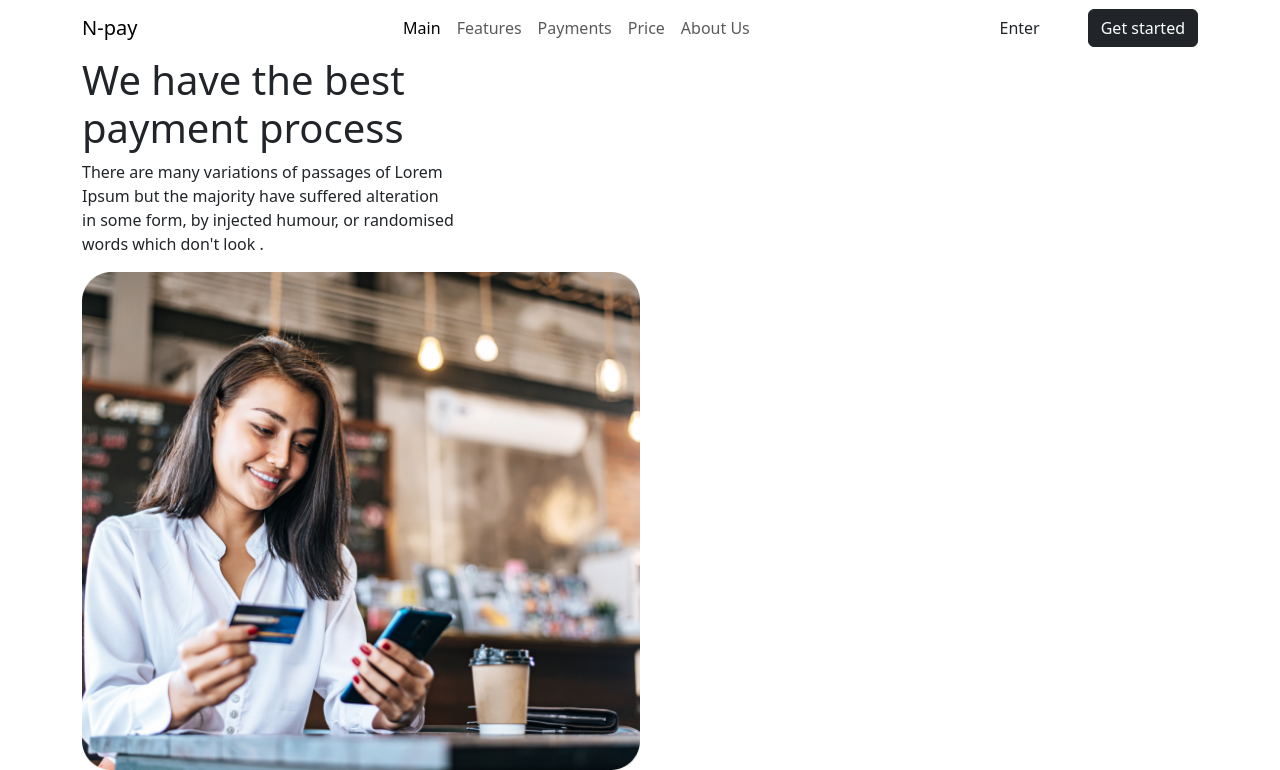
Repository: Senianga/N-pay
Page: index.html
These files come from the project's save history. The page is drawn as it stood at one moment and after the next save; the edit follows.
The browser window is 1280 px wide. The pictures show the whole page.
The style sheet was rebuilt from its Sass, Less or Tailwind sources for each picture, by a compiler version that may differ from the author's.

Above is the page before, as saved 2023-05-01 15:06:06.

### index.html
<!doctype html>
<html lang="en">
  <head>
    <meta charset="utf-8">
    <meta name="viewport" content="width=device-width, initial-scale=1">
    <title>N-pay</title>
    <link rel="stylesheet" href="css/normalize.css">
    <link href="https://cdn.jsdelivr.net/npm/bootstrap@5.3.0-alpha3/dist/css/bootstrap.min.css" rel="stylesheet" integrity="sha384-KK94CHFLLe+nY2dmCWGMq91rCGa5gtU4mk92HdvYe+M/SXH301p5ILy+dN9+nJOZ" crossorigin="anonymous">
    <link rel="stylesheet" href="css/style.css">
  </head>
  <body>
    <header>
        <nav class="navbar navbar-expand-lg ">
            <div class="container">
              <a class="navbar-brand" href="#">N-pay</a>
              <button class="navbar-toggler" type="button" data-bs-toggle="collapse" data-bs-target="#navbarSupportedContent" aria-controls="navbarSupportedContent" aria-expanded="false" aria-label="Переключатель навигации">
                <span class="navbar-toggler-icon"></span>
              </button>
              <div class="collapse navbar-collapse" id="navbarSupportedContent">
                <ul class="navbar-nav ms-auto mb-2 mb-lg-0">
                  <li class="nav-item">
                      <a class="nav-link active" aria-current="page" href="#">Main</a>
                  </li>
                  <li class="nav-item">
                    <a class="nav-link"  href="#">Features</a>
                  </li>
                  <li class="nav-item">
                    <a class="nav-link" href="#">Payments</a>
                  </li>
                  <li class="nav-item dropdown">
                    <a class="nav-link" href="#" role="button" data-bs-toggle="dropdown" aria-expanded="false">
                      Price
                    </a>

                  </li>                 <li class="nav-item">
                    <a class="nav-link">About Us</a>
                  </li>
                </ul>
                <div class="bavbar-nav d-flex align-items-lg-center ms-auto mb-2 mb-lg-0">
                    <a class="nav-link me-5" href="#">Enter</a>
                    <button class="btn btn-dark ms-auto" type="submit">Get started</button>
                </div>
              </div>
            </div>
          </nav>
    </header>
    <main>
        <container-main class="bg-body-tertiary ">
            <div class="container">
                <div class="row">
                    <div class="content col-mg-6 col-sm-12">
                        <h1 class="col-5 align-items-center">
                            We have the best
                            payment process
                        </h1>
                        <p class="col-4">
                            There are many variations of passages of Lorem Ipsum
                            but the majority have suffered alteration in some form, by injected humour, or randomised words which don't look .
                        </p>
                    </div>
                    <div class="img ">
                        <img src="img/image.png" alt="Main picture" class="img-fluid col-md-6 col-sm-12 rounded float-start me-1">
                    </div>

                </div>

            </<div>

        </container-main>
    </main>




    <script src="https://cdn.jsdelivr.net/npm/bootstrap@5.3.0-alpha3/dist/js/bootstrap.bundle.min.js" integrity="sha384-ENjdO4Dr2bkBIFxQpeoTz1HIcje39Wm4jDKdf19U8gI4ddQ3GYNS7NTKfAdVQSZe" crossorigin="anonymous"></script>
  </body>
</html>
<!-- <div class="collapse navbar-collapse" id="navbarNav">
    <div class=" nav justify-content-center">
        <a class="nav-link active" aria-current="page" href="#">Main</a>
        <a class="nav-link" href="#">Featers</a>
        <a class="nav-link" href="#">Payments</a>
        <a class="nav-link" href="#">Price</a>
        <a class="nav-link" href="#">About Us</a>
    </div>
</div>
<div class="collapse navbar-collapse" id="navbarNav">
    <a class="nav-link" href="#">Enter</a>
    <button class="btn btn-outline-secondary" type="submit">Поиск</button>

</div>
</div>
</nav> -->

<!-- <div class="container">
    <nav class="navbar navbar-expand-lg bg-body-tertiary">
      <div class="container-fluid">
        <a class="navbar-brand bg-dark col-2 mb-0 h-1" href="#">N-pay</a>
            <button class="navbar-toggler" type="button" data-bs-toggle="collapse" data-bs-target="#navbarSupportedContent" aria-controls="navbarSupportedContent" aria-expanded="false" aria-label="N-pay">
                <span class="navbar-toggler-icon"></span>
            </button>
        <div class="collapse navbar-collapse bg-primary " id="navbarSupportedContent">
            <div class="navbar-nav">
                <a class="nav-link" href="#">Main</a>
                <a class="nav-link" href="#">Features</a>
                <a class="nav-link" href="#">Payments</a>
                <a class="nav-link" href="#">Price</a>
                <a class="nav-link" href="#">About Us</a>
            </div>

            <div class="nav justify-content-end bg-danger col-3">
                <a class="nav-link" href="#">Enter</a>
                <button class="btn btn-dark" type="submit">Get started</button>
            </div>
        </div>
    </nav>
  </div> -->

### style.scss
:root {
    --bg2: #F4F7FC;
}

Loaded but not shown: css/normalize.css (no stored copy; drawn as an empty file)

After the next save:
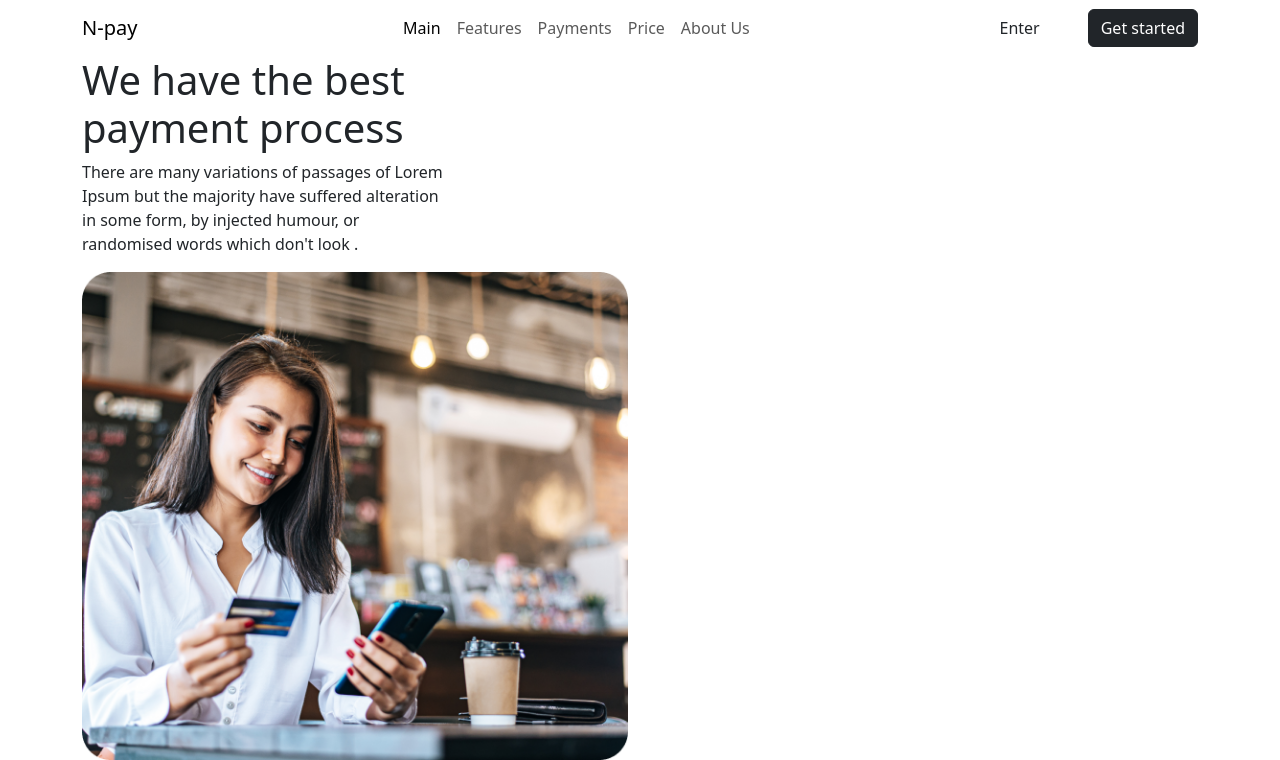
Saved 20 s later.
--- a/index.html
+++ b/index.html
@@ -47,7 +47,7 @@
     <main>
         <container-main class="bg-body-tertiary ">
             <div class="container">
-                <div class="row">
+                <div class="row col-mg-6 col-sm-12">
                     <div class="content col-mg-6 col-sm-12">
                         <h1 class="col-5 align-items-center">
                             We have the best
